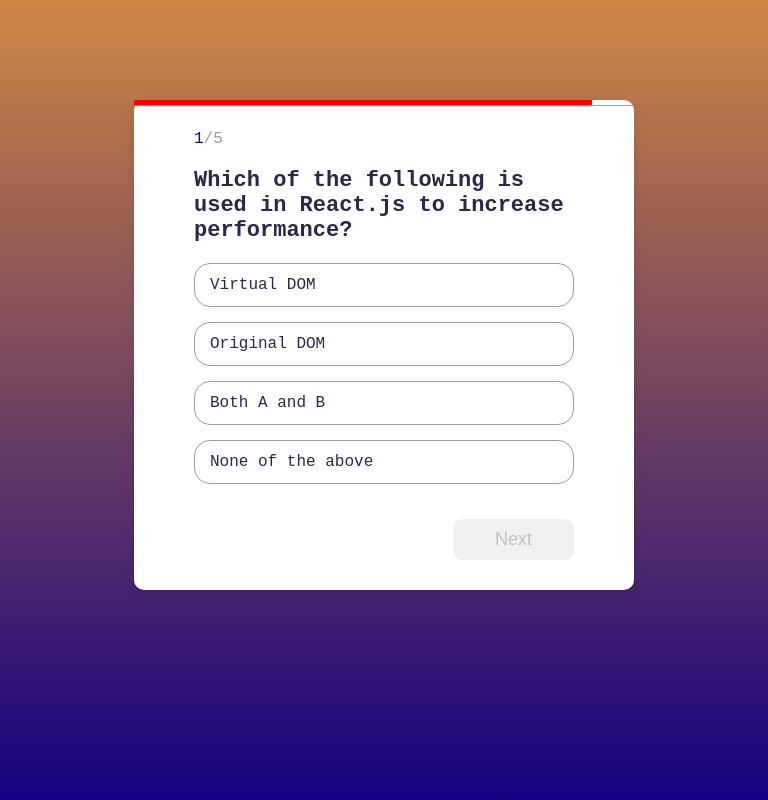
Repository: Abhi2807ar/quiz-appp
Page: /
The author's editor kept a copy of each file at every save. The page is drawn from the files as they stood at one save, then again after the next save.
The browser window is 768 px wide. The pictures show the whole page.
The project was rebuilt for these pictures with package versions that can differ from the ones it lists, and the page was loaded fresh each time. Also part of the build but not shown: vite.config.js, src/components/Result/Result.scss, src/components/Result/Result.jsx.

Above is the page before, as saved 2024-10-10 04:42:11.

### src/main.jsx
import React from "react";
import ReactDOM from "react-dom/client";
import App from "./App.jsx";
import "./styles/index.scss";

ReactDOM.createRoot(document.getElementById("root")).render(<App />);

### src/App.jsx

import Quiz from "./components/Quiz/Quiz";
import { useEffect,useState } from "react";
import {jsQuizz} from "./constants";
function App() {
  return <Quiz questions={jsQuizz.questions}/>;

}

export default App

### src/styles/index.scss
@import "./vars.scss";
body{
    font-family:monospace;
    background:linear-gradient(0deg, $primary 0.03%, $accent);
    color:$foreground;
    display:flex;
    justify-content:center;
    margin: 0 auto;
    padding: 0 30px;
    height: 100vh;

}

### src/components/Quiz/Quiz.jsx
 import { useState }from "react";
import { resultInitalState } from "../../constants";
import "./Quiz.scss";
import AnswerTimer from "../AnswerTimer/AnswerTimer";
import Result from '../Result/Result';

    const Quiz = ({ questions }) => {
    const [currentQuestion, setCurrentQuestion] = useState(0);
    const [answerIdx, setAnswerIdx] = useState(null);
    const [answer, setAnswer] = useState(null);
    const [result, setResult] = useState(resultInitalState);
    const [showResult, setShowResult] = useState(false);
     const[showAnswerTimer, setShowAnswerTimer]=useState(true);
     const[inputAnswer,setInputAnswer]=useState("");

    const { question, choices, correctAnswer } = questions[currentQuestion];

    const onAnwswerClick= (answer, index) => {
    setAnswerIdx(index);
    if (answer === correctAnswer) {
     setAnswer(true);
    } else {
    setAnswer(false);
     }
     };

 const onClickNext = (finalAnswer) => {
            setAnswerIdx(null);
            setShowAnswerTimer(false);
            setInputAnswer("");
            setResult((prev) =>
                finalAnswer
            ? {
                ...prev,
            score: prev.score + 5,
            correctAnswers : prev.correctAnswers + 1,
            }
            : {
                 ...prev,
            wrongAnswers: prev.wrongAnswers + 1,
                }
            );

                if (currentQuestion !== questions.length-1) {
                    setCurrentQuestion ((prev) => prev + 1);
                    } else {
                    setCurrentQuestion(0);
                    setShowResult(true);
                    }

                    setTimeout(() => {
                    setShowAnswerTimer(true);
                    });

    };


const onTryAgain = () => {
    setResult(resultInitalState);
    setShowResult(false);
}

const handleTimeUp= () =>{
    setAnswer(false);
    onClickNext(false);

};

                    return (
                        <div className="quiz-container">
                            {!showResult ? (
                            <>
   {showAnswerTimer && <AnswerTimer duration={5} onTimeUp={handleTimeUp} />}
<span className="active-question-no">{currentQuestion + 1}</span>

<span className="total-question">/{questions.length}</span>
<h2>{question}</h2>
<ul>
{choices.map((choice, index) => (
<li
 onClick={()=>onAnwswerClick(choice,index)}
 key={choice}
 className={answerIdx===index?"selected-answer" :null}
 >
    {choice}
 </li>
))}
</ul>
<div className="footer">
    <button onClick={()=>onClickNext(answer)} disabled={answerIdx===null}>
        {currentQuestion===questions.length -1 ? "Finish" :"Next"}
    </button>
    </div>
    </>
    ) : (
<Result
 result={result}
 onTryAgain ={onTryAgain}
 totalQuestions={questions.length}/>
)}
</div>
);
};
export default Quiz;

### src/constants.js
export const jsQuizz = {
    questions: [
      {
        question:
          "Which of the following is used in React.js to increase performance?",
        choices: [
          "Virtual DOM",
          "Original DOM",
          "Both A and B",
          "None of the above",
        ],
        type: "MCQs",
        correctAnswer: "Virtual DOM",
      },
      {
        question: "What is ReactJS?",
        choices: [
          "Server-side framework",
          "User Interface framework",
          "both a and b",
          "None of the above",
        ],
        type: "MCQs",
        correctAnswer: "User Interface framework",
      },
      {
        question:
          "Identify the one which is used to pass data to components from outside",
        choices: ["Render with arguments", "setState", "PropTypes", "props"],
        type: "MCQs",
        correctAnswer: "props",
      },
      {
        question: "In which language is React.js written?",
        choices: ["Python", "Java", "C#", "JavaScript"],
        type: "MCQs",
        correctAnswer: "JavaScript",
      },
      {
        question: "What is Babel?",
        choices: [
          "JavaScript interpreter",
          "JavaScript transpiler",
          "JavaScript compiler",
          "None of the above",
        ],
        type: "MCQs",
        correctAnswer: "JavaScript compiler",
      },
    ],
  };

  export const resultInitalState={
    score:0,
    correctAnswers:0,
    wrongAnswers:0
  };

### src/styles/vars.scss
$primary:#150080;
$accent:#d08642;
$bg:#ffffff;
$bg-accent:#e7e8e9;
$disabled:#9c9c9c;
$foreground:#2d264b;

### src/components/Quiz/Quiz.scss
@import "../../styles/vars.scss";

.quiz-container {
    width: 500px;
    background: $bg;
    border-radius: 10px; /* Increased border-radius for a smoother look */
    margin-top: 100px;
    padding: 30px 60px;
    box-sizing: border-box;
    position: relative;
    box-shadow: 0 4px 12px rgba(0, 0, 0, 0.1); /* Added a subtle shadow for depth */

    .active-question-no, .total-question {
        font-size: 16px;
        font-weight: 500;
        display: inline-block;
        margin-bottom: 10px;
        color: $primary;

        &.total-question {
            color: $disabled;
        }
    }

    h2 {
        font-size: 22px; /* Slightly larger for better emphasis */
        font-weight: 600; /* Increased weight to differentiate header */
        margin: 10px 0;
        color: $foreground;
    }

    ul {
        margin-top: 20px;
        margin-left: 0; /* Reset margin for better alignment */
        padding: 0;

        li {
            text-decoration: none;
            list-style: none;
            font-size: 16px;
            color: $foreground;
            background: $bg;
            border: 1px solid $disabled;
            border-radius: 16px;
            padding: 12px 15px;
            margin-top: 15px;
            cursor: pointer;
            transition: background 0.3s ease, border-color 0.3s ease; /* Smooth hover transitions */

            &:hover {
                background: lighten($primary, 20%);
                border-color: $primary;
            }

            &.selected-answer {
                background: $primary;
                border: 1px solid $accent;
                color: $bg;
                font-weight: bold;
            }
        }
    }

    .footer {
        display: flex;
        justify-content: flex-end;
        margin-top: 20px;
    }

    button {
        background: linear-gradient(90deg, $primary 0%, $accent 100%);
        border-radius: 9px;
        font-size: 18px;
        color: $bg;
        padding: 10px 42px;
        outline: none;
        border: none;
        margin-top: 15px;
        cursor: pointer;
        transition: background 0.3s ease, transform 0.2s ease; /* Added transition and interaction effect */

        &:hover {
            transform: scale(1.05); /* Slightly enlarge button on hover */
        }

        &:disabled {
            background: $bg-accent;
            color: $disabled;
            cursor: not-allowed;
            opacity: 0.6;
        }
    }
}

### src/components/AnswerTimer/AnswerTimer.jsx
import "./AnswerTimer.scss";
import { useEffect,useState,useRef } from "react";
function AnswerTimer({ duration, onTimeUp }) {
    const[counter,setCounter]=useState(0);
    const[progressLoaded,setProgresssLoaded]=useState(0);
    const intervalRef=useRef();

    useEffect(()=>{
        intervalRef.current=setInterval(()=>{
            setCounter((cur)=>cur+1);
        },1000);

        return () => clearInterval(intervalRef.current);
    },[]);

    useEffect(()=>{
        setProgresssLoaded(100*(counter/duration));

        if(counter===duration){
            clearInterval(intervalRef.current);

            setTimeout(() => {
                onTimeUp();
            },1000);
       }
    },[counter]);

    return(
        <div className="answer-timer-container">
            <div
            style={{
                width: `${progressLoaded}%`,
                backgroundColor: `${
                    progressLoaded < 40
                    ? "lightgreen"
                    : progressLoaded<70
                    ?"orange"
                    :"red"
                }`,
            }}
         className="progress"
         ></div>
        </div>
    );
}
export default AnswerTimer;

### src/components/AnswerTimer/AnswerTimer.scss
@import '../../styles/vars.scss';
.answer-timer-container{
    position:absolute;
    top:0;
    left:0;
    width:100%;
    border-bottom: 1px solid $disabled;
    .progress{
        height: 5px;
        transition-duration:1s;
        width:0;
        transition-timing-function: linear;

    }
}

Loaded but not shown: index.html (common file)

After the next save:
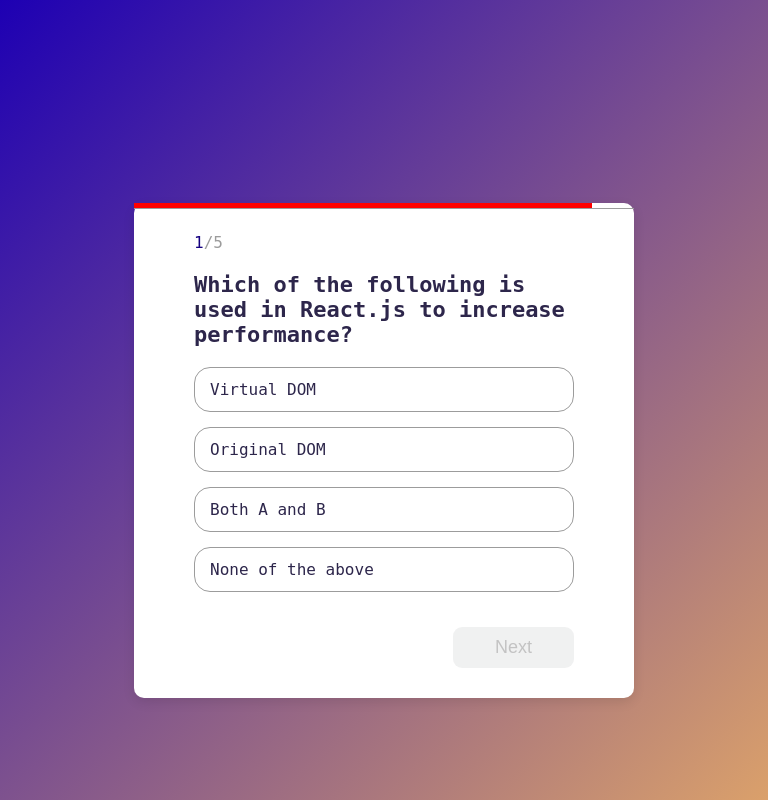
Saved 48 s later.
--- a/src/styles/index.scss
+++ b/src/styles/index.scss
@@ -1,12 +1,28 @@
 @import "./vars.scss";
-body{
-    font-family:monospace;
-    background:linear-gradient(0deg, $primary 0.03%, $accent);
-    color:$foreground;
-    display:flex;
-    justify-content:center;
-    margin: 0 auto;
+
+body {
+    font-family: 'Monospace', sans-serif; /* Use a fallback for better cross-browser support */
+    background: linear-gradient(135deg, $primary 0%, $accent 100%); /* Adjusted gradient for a smoother diagonal flow */
+    color: $foreground;
+    display: flex;
+    justify-content: center;
+    align-items: center; /* Vertically center content */
+    margin: 0;
     padding: 0 30px;
-    height: 100vh;
+    height: 100vh; /* Full viewport height */
+    overflow: hidden; /* Avoid scrollbars */
 
+    /* Add smooth transitions and hover effects */
+    transition: background 0.3s ease, color 0.3s ease;
+
+    /* Responsive improvement for smaller screens */
+    @media (max-width: 768px) {
+        padding: 0 20px; /* Reduce padding on small screens */
+        font-size: 14px; /* Adjust font size for readability */
+    }
+
+    /* Optional hover effect for a more dynamic feel */
+    &:hover {
+        background: linear-gradient(135deg, lighten($primary, 10%) 0%, lighten($accent, 10%) 100%);
+    }
 }
